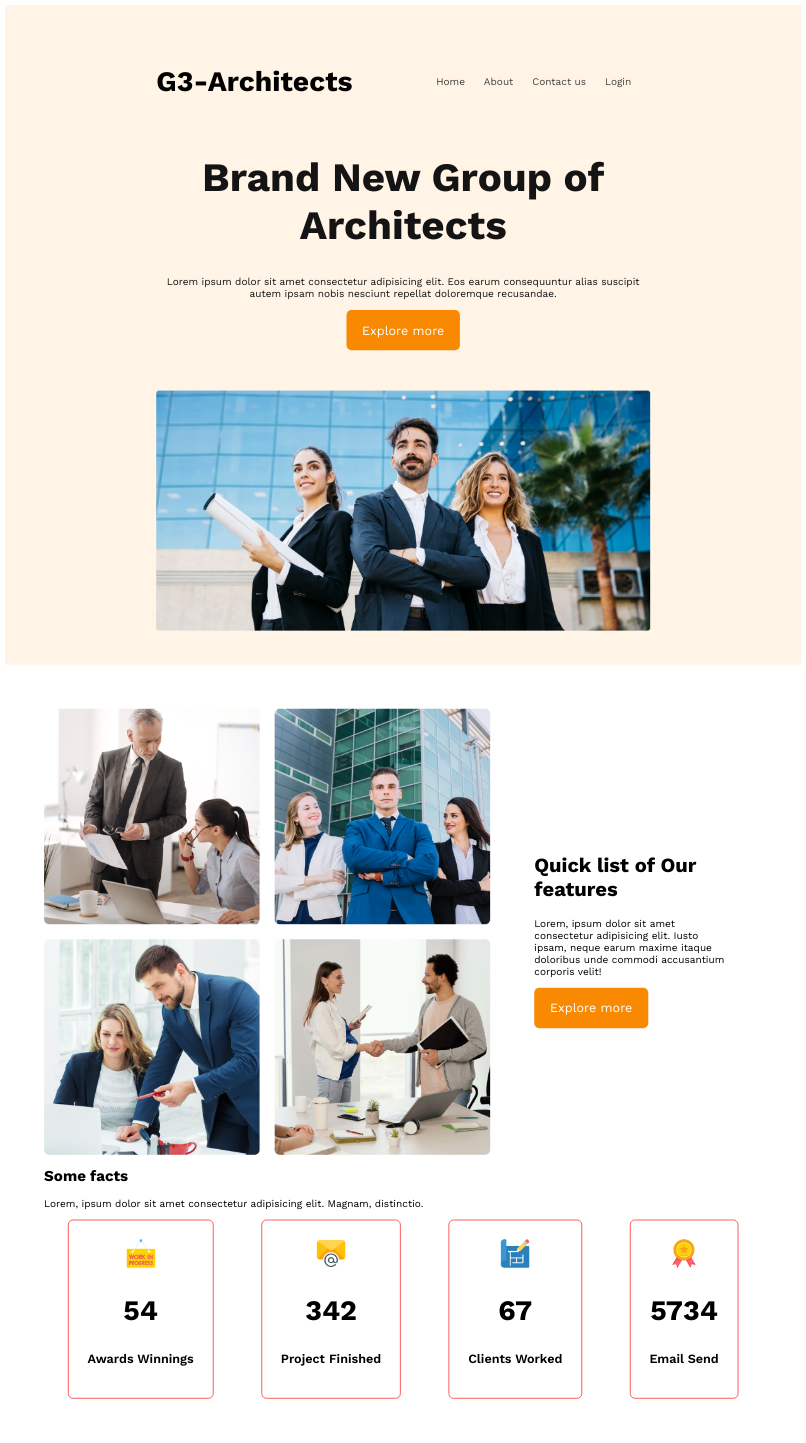
Repository: RudrasahaDibos/architects-resources
Page: index.html
An editor plug-in stored every save of this project. The page is shown before and after a run of saves, followed by the edit.
The browser window is 1280 px wide. The pictures show the whole page, at 63% of full size.

Above is the page before, as saved 2024-10-06 22:22:42.

After the next 2 saves:
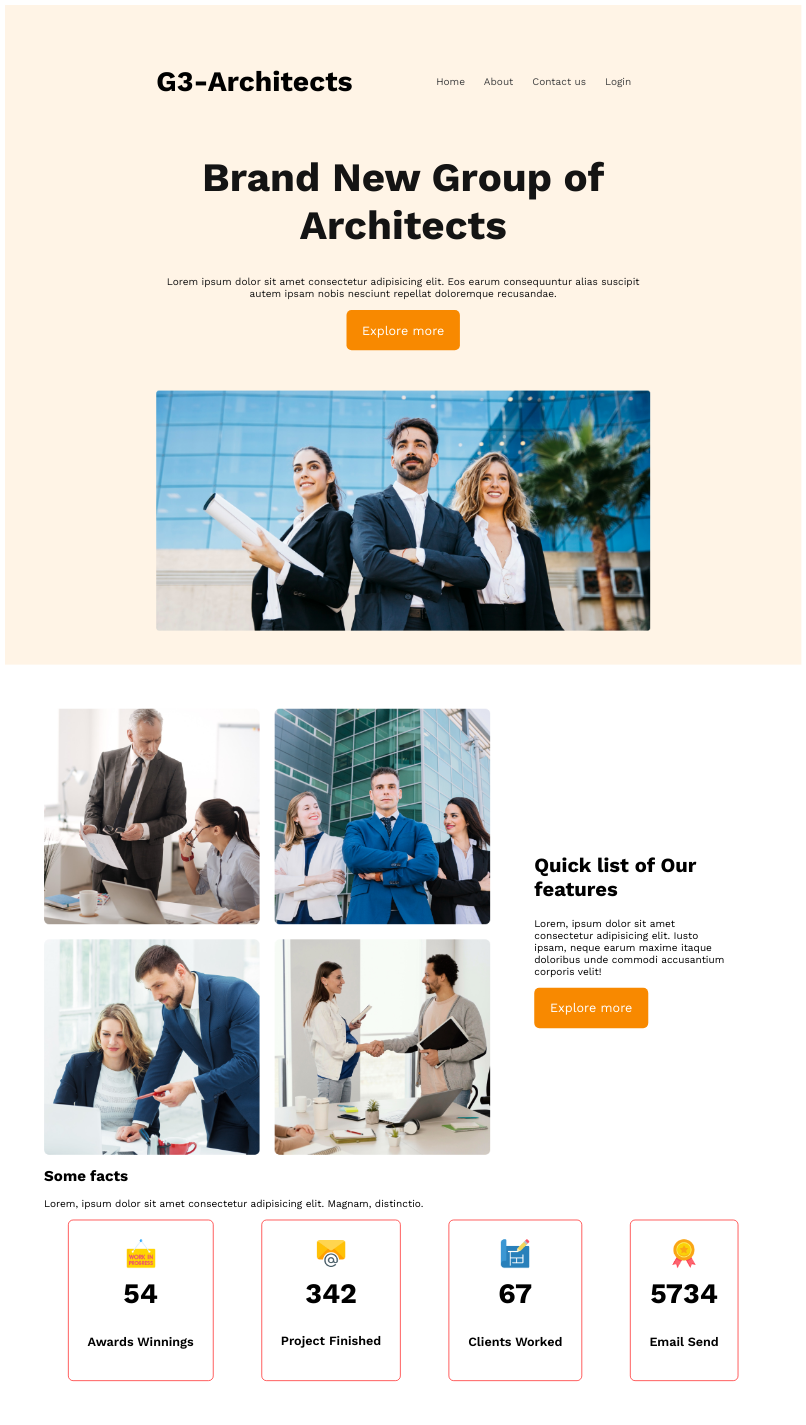
The 2 saves are shown as one change because they came seconds apart.
The last was saved 9 s later.
--- a/index.css
+++ b/index.css
@@ -118,7 +118,8 @@ nav li{
  }
 .fact-card-container .card-start{
     font-size: 2.8rem;
-    margin-top: ;
+    margin-top: 10px;
+    ma
 }
 
  /* media Quary */
